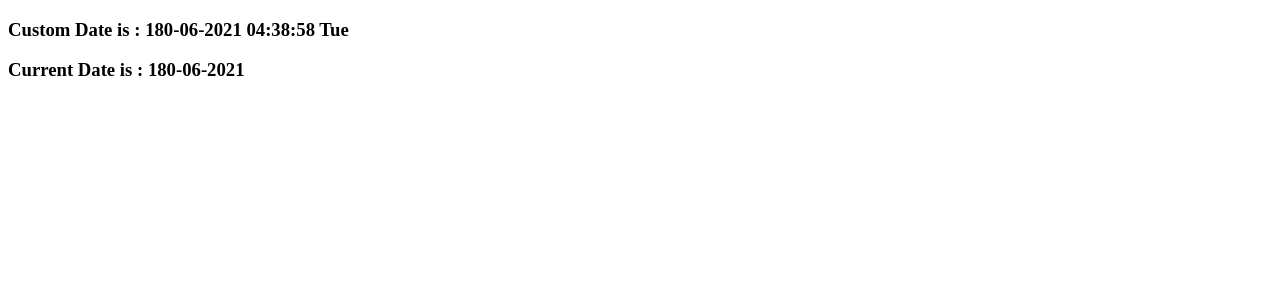
Repository: StarCoder09/JavaWorkspace
Page: http://localhost/CustomTag_demo/test_tags.jsp
These files come from the project's save history. The page is drawn as it stood at one moment and after the next save; the edit follows.
The browser window is 1280 px wide. The pictures show the whole page.
The page is served by Tomcat 9. Other server files are loaded and not shown.

Above is the page before, as saved 2021-07-01 09:11:26.

### CustomTag_demo/src/main/webapp/test_tags.jsp
<%@ page language="java" contentType="text/html; charset=ISO-8859-1"
    pageEncoding="ISO-8859-1"%>
<%@ taglib prefix="st" uri="WEB-INF/tags.tld" %>
<!DOCTYPE html>
<html>
	<head>
		<meta charset="ISO-8859-1">
		<title>Custom Tags</title>
	</head>
	<body>
		<st:MyDate/>
		<st:CustomDateTag format="DD-MM-YYYY"/>
	</body>
</html>

### CustomTag_demo/src/main/java/com/tags/PrintDateTag.java
package com.tags;

import java.io.IOException;
import java.text.SimpleDateFormat;
import java.util.Date;

import javax.servlet.jsp.JspException;
import javax.servlet.jsp.JspWriter;
import javax.servlet.jsp.tagext.SimpleTagSupport;

public class PrintDateTag extends SimpleTagSupport {
	@Override
	public void doTag() throws JspException, IOException {
		JspWriter out= getJspContext().getOut();
		out.print("<h3>Custom Date is : " +
				new SimpleDateFormat("DD-MM-YYYY hh:mm:ss EEE").format(new Date()) + "</h3>");
	}
}

### CustomTag_demo/src/main/java/com/tags/CustomDate.java
package com.tags;

import java.io.IOException;
import java.text.SimpleDateFormat;
import java.util.Date;

import javax.servlet.jsp.JspException;
import javax.servlet.jsp.JspWriter;
import javax.servlet.jsp.tagext.SimpleTagSupport;

public class CustomDate extends SimpleTagSupport{

	private String format;

	@Override
	public void doTag() throws JspException, IOException {
		JspWriter out= getJspContext().getOut();
		out.print("<h3>Current Date is : " +
				new SimpleDateFormat(format).format(new Date()) + "</h3>");
	}

	public void setFormat(String format) {
		this.format = format;
	}
}

After the next save:
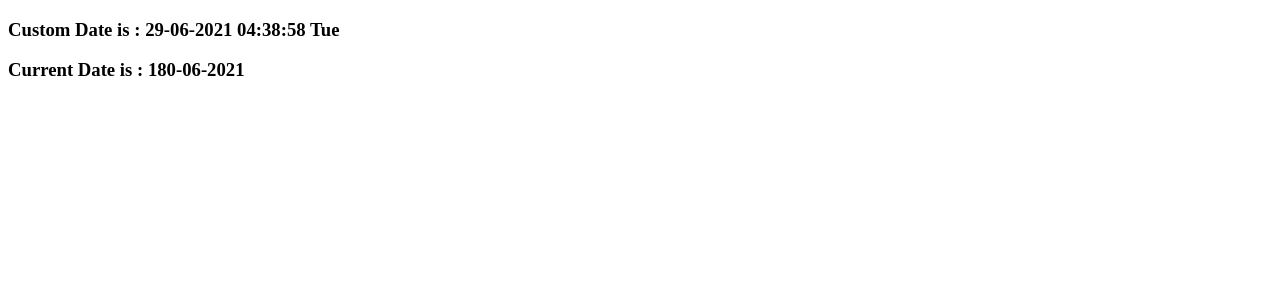
Saved 33 s later.
--- a/CustomTag_demo/src/main/java/com/tags/PrintDateTag.java
+++ b/CustomTag_demo/src/main/java/com/tags/PrintDateTag.java
@@ -13,6 +13,6 @@ public class PrintDateTag extends SimpleTagSupport {
 	public void doTag() throws JspException, IOException {
 		JspWriter out= getJspContext().getOut();
 		out.print("<h3>Custom Date is : " +
-				new SimpleDateFormat("DD-MM-YYYY hh:mm:ss EEE").format(new Date()) + "</h3>");
+				new SimpleDateFormat("dd-MM-YYYY hh:mm:ss EEE").format(new Date()) + "</h3>");
 	}
 }
